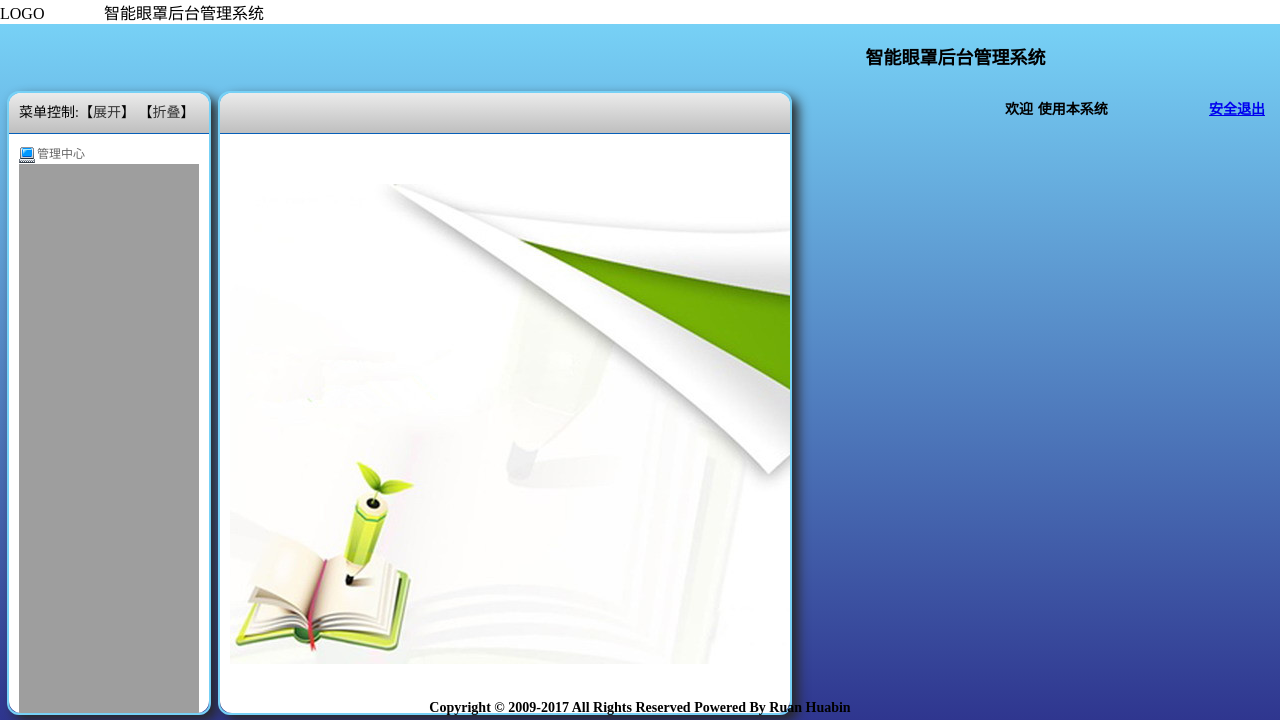
Repository: ruanhuabin/IntelliEyeShade
Page: http://localhost/IntelliEyeShade/admin/admin_login_success.jsp
An editor plug-in stored every save of this project. The page is shown before and after the next save, followed by the edit.
The browser window is 1280 px wide. The pictures show the whole page.
The page is served by Tomcat 9. Nobody is signed in. The application's start-up code is not run.

Above is the page before, as saved 2016-12-06 10:11:51.

After the next save:
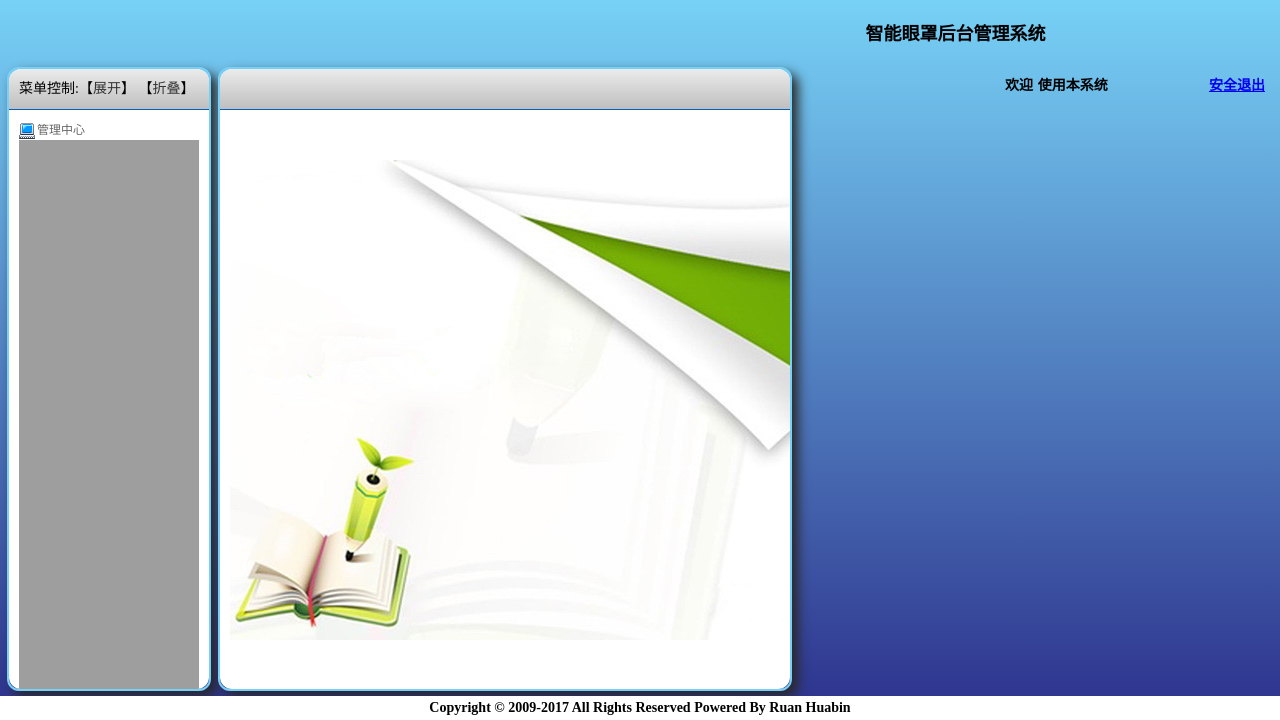
Saved 6 s later.
--- a/IntelliEyeShade/WebRoot/admin/admin_login_success.jsp
+++ b/IntelliEyeShade/WebRoot/admin/admin_login_success.jsp
@@ -12,14 +12,6 @@ String basePath = request.getScheme()+"://"+request.getServerName()+":"+request.
 	<link rel="stylesheet" type="text/css" href="../css/index.css" />
 </head>
 <body>
-
-<div style="width:100px; display:inline-block;">
-LOGO
-</div>
-
-<div style="width:200px; display:inline-block;">
-智能眼罩后台管理系统
-</div>
 
 
 <div id="wrapper">
